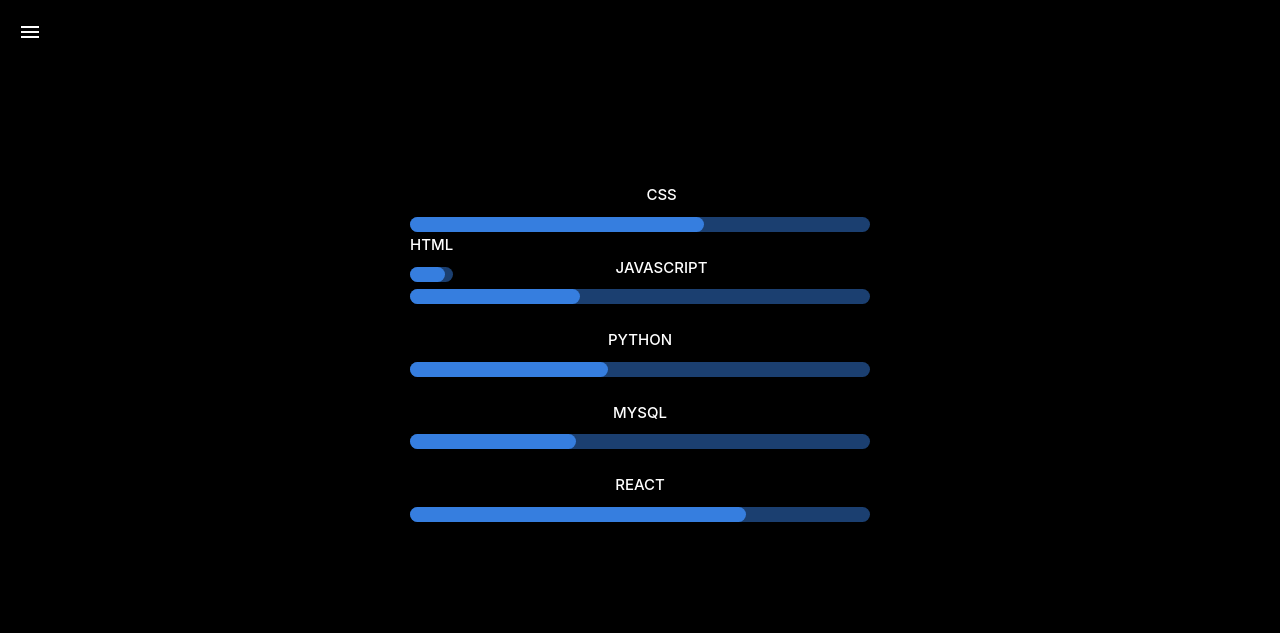
Repository: Ajtheult/portfolio.v3
Page: /skills
These files come from the project's save history. The page is drawn as it stood at one moment and after the next save; the edit follows.
The browser window is 1280 px wide. The pictures show the whole page.
Some web fonts or font styles are not loaded; a fallback is used. The project was rebuilt for these pictures with package versions that can differ from the ones it lists, and the page was loaded fresh each time. Also part of the build but not shown: src/components/layout/pages/Home.js, src/components/layout/pages/MyWork.js, src/components/layout/pages/Testimonials.js.

Above is the page before, as saved 2020-07-19 17:37:00.

After the next save:
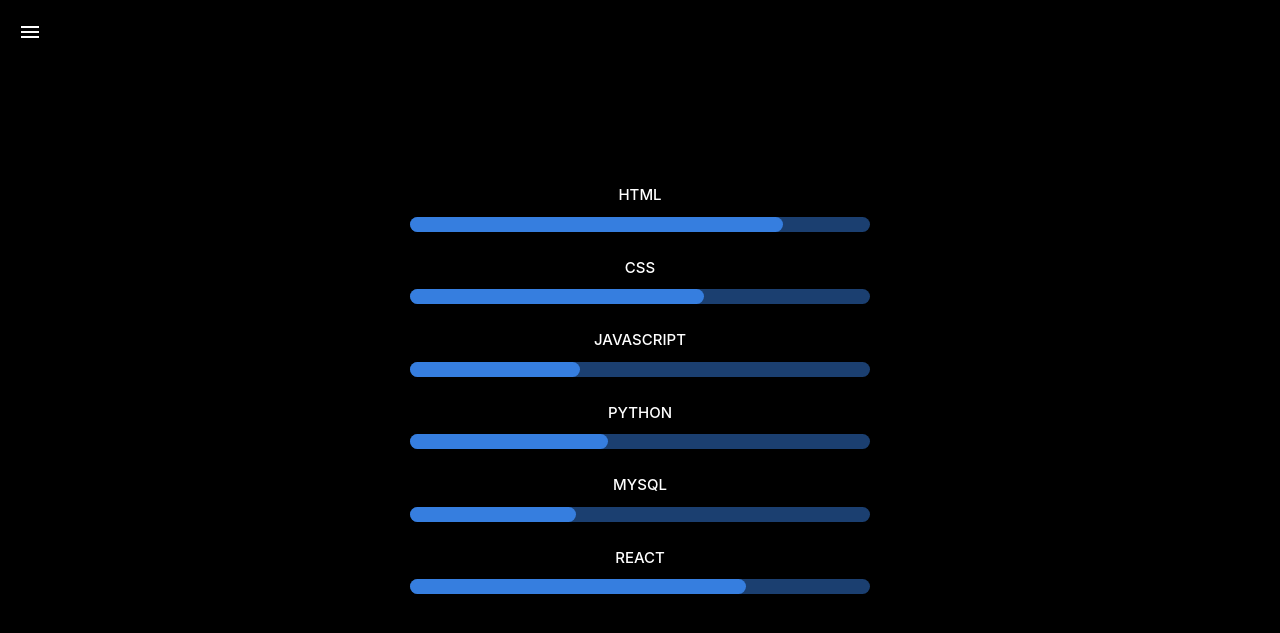
Saved 6 s later.
--- a/src/components/layout/pages/Skills.js
+++ b/src/components/layout/pages/Skills.js
@@ -4,7 +4,7 @@ export const Skills = () => {
   return (
     <div class="containing_skills">
       <ul>
-        <li className="html skills_li left">HTML</li>
+        <li className="html skills_li">HTML</li>
         <li className="css skills_li">CSS</li>
         <li className="js skills_li">JavaScript</li>
         <li className="py skills_li">Python</li>
